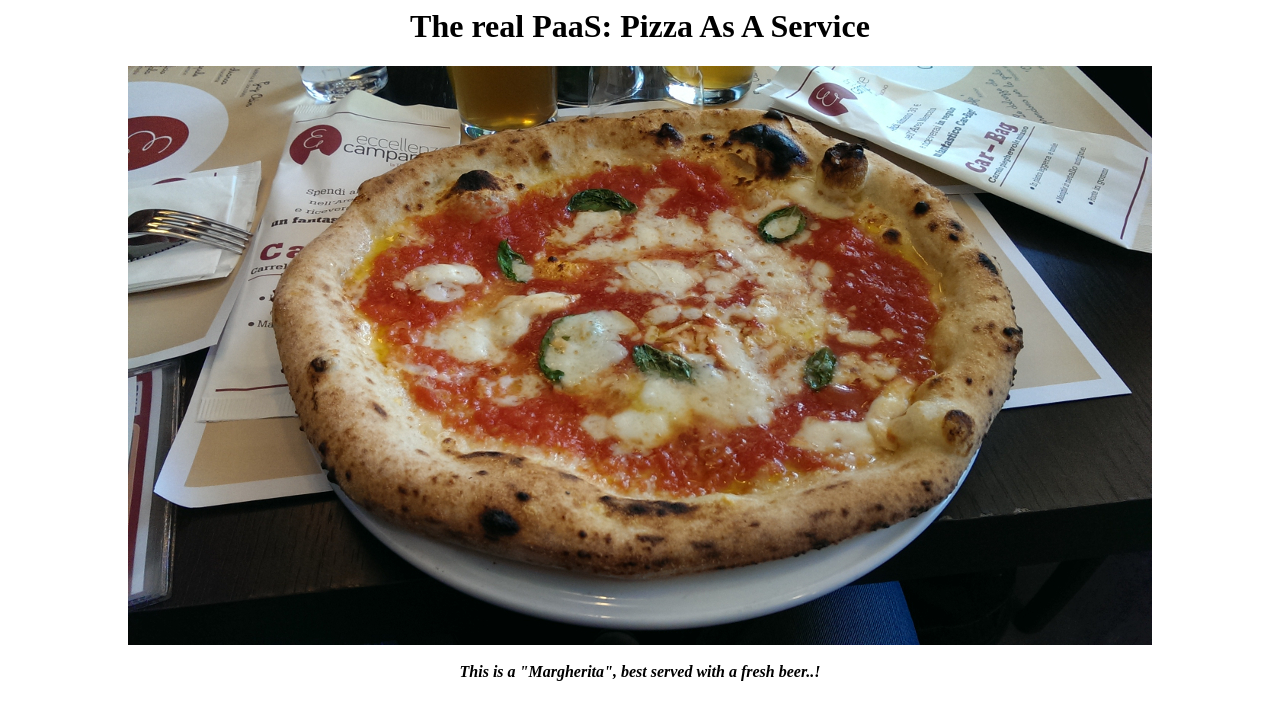
Repository: sdellang/web-paas
Page: web/index.html
These files come from the project's save history. The page is drawn as it stood at one moment and after the next save; the edit follows.
The browser window is 1280 px wide. The pictures show the whole page.

Above is the page before, as saved 2017-09-11 12:04:27.

### web/index.html
<html>
  <head>
    <title>The real PaaS: Pizza As A Service</title>
  </head>
  <body>
    <center>
      <h1>The real PaaS: Pizza As A Service</h1>
      <img src=pizza.jpg><br /><br />
      <i><b>This is a "Margherita", best served with a fresh beer..!</b></i>
    </center>
  </body>
</html>

After the next save:
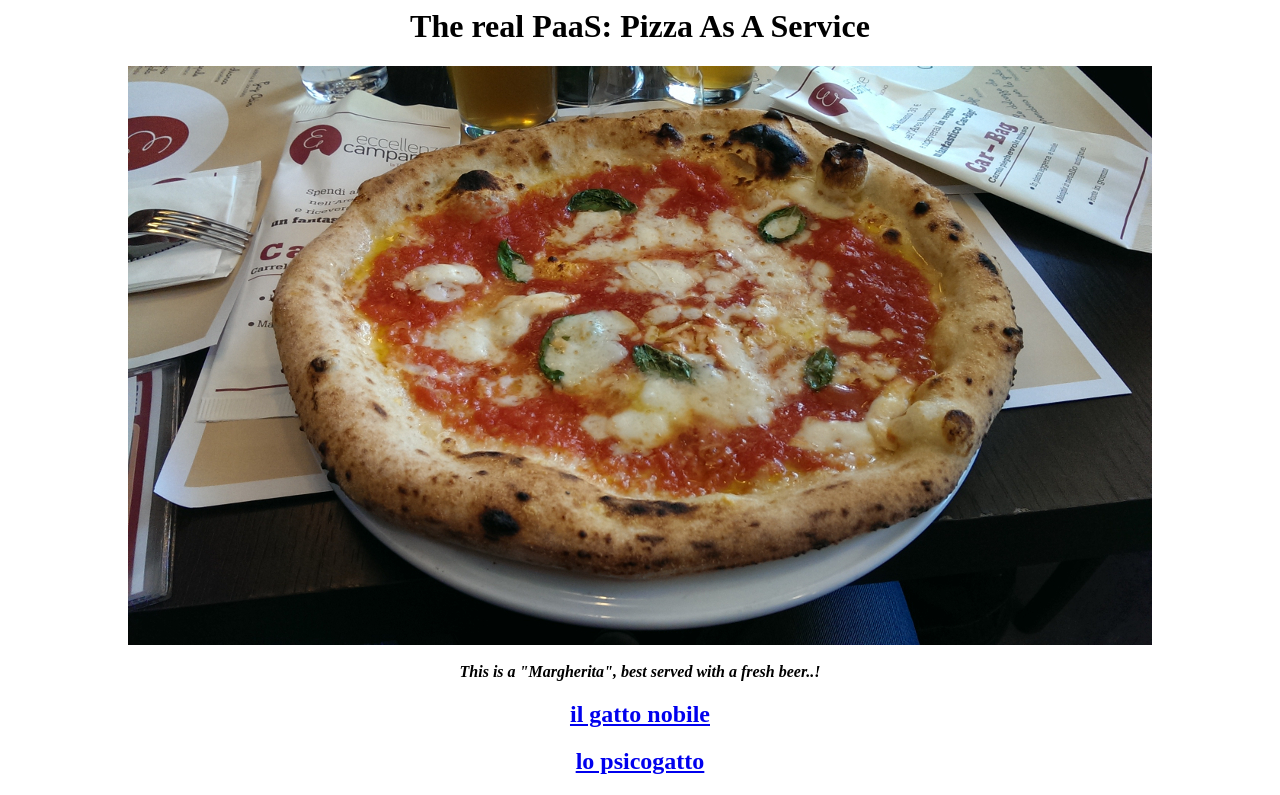
Saved 41 days later.
--- a/web/index.html
+++ b/web/index.html
@@ -1,12 +1,18 @@
 <html>
-  <head>
+
+<head>
     <title>The real PaaS: Pizza As A Service</title>
-  </head>
-  <body>
+</head>
+
+<body>
     <center>
-      <h1>The real PaaS: Pizza As A Service</h1>
-      <img src=pizza.jpg><br /><br />
-      <i><b>This is a "Margherita", best served with a fresh beer..!</b></i>
+        <h1>The real PaaS: Pizza As A Service</h1>
+        <img src=pizza.jpg><br /><br />
+        <i><b>This is a "Margherita", best served with a fresh beer..!</b></i>
+
+        <h2><a href="ares.html">il gatto nobile</a></h2>
+        <h2><a href="arlo.html">lo psicogatto</a></h2>
     </center>
-  </body>
+</body>
+
 </html>
